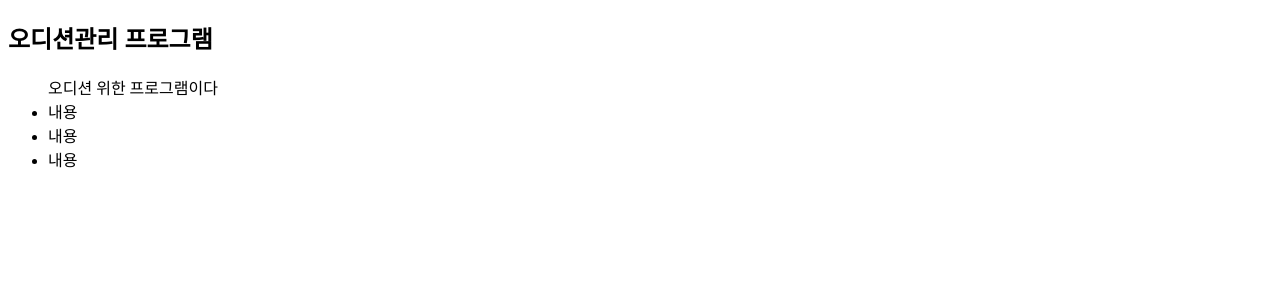
Repository: mvcfvsgdj/javaee
Page: http://localhost/prj0828/HY라우드.jsp
The author's editor kept a copy of each file at every save. The page is drawn from the files as they stood at one save, then again after the next save.
The browser window is 1280 px wide. The pictures show the whole page.
The page is served by Tomcat 9. Other server files are loaded and not shown.

Above is the page before, as saved 2023-08-28 08:07:05.

### prj0828/src/main/webapp/HY라우드.jsp
<%@ page language="java" contentType="text/html; charset=UTF-8"
    pageEncoding="UTF-8"%>
<!DOCTYPE html>
<html>
<head>
<meta charset="UTF-8">
<title>Insert title here</title>
</head>
<body>
<header></header>
<nav></nav>
<section><h2>오디션관리 프로그램</h2>
<ul>오디션 위한 프로그램이다
<li>내용</li>
<li>내용</li>
<li>내용</li>

</ul>
</section>
</body>
</html>

After the next save:
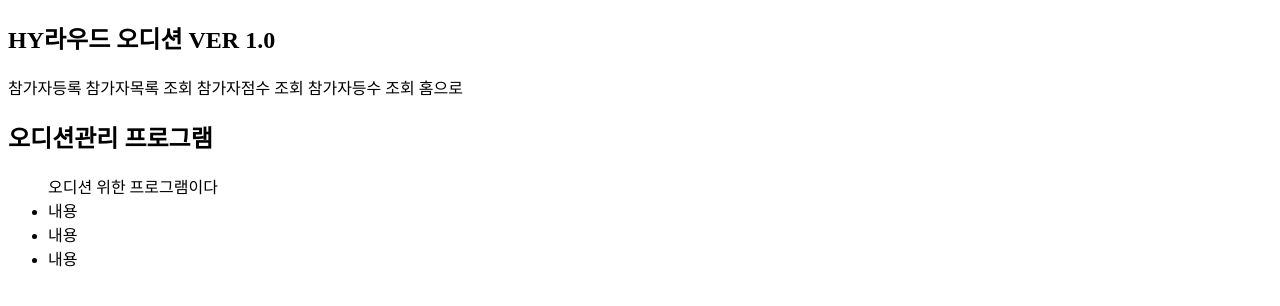
Saved 110 s later.
--- a/prj0828/src/main/webapp/HY라우드.jsp
+++ b/prj0828/src/main/webapp/HY라우드.jsp
@@ -7,8 +7,14 @@
 <title>Insert title here</title>
 </head>
 <body>
-<header></header>
-<nav></nav>
+<header><h2>HY라우드 오디션 VER 1.0</h2></header>
+<nav>
+<a>참가자등록</a>
+<a>참가자목록 조회</a>
+<a>참가자점수 조회</a>
+<a>참가자등수 조회</a>
+<a>홈으로</a>
+</nav>
 <section><h2>오디션관리 프로그램</h2>
 <ul>오디션 위한 프로그램이다
 <li>내용</li>
